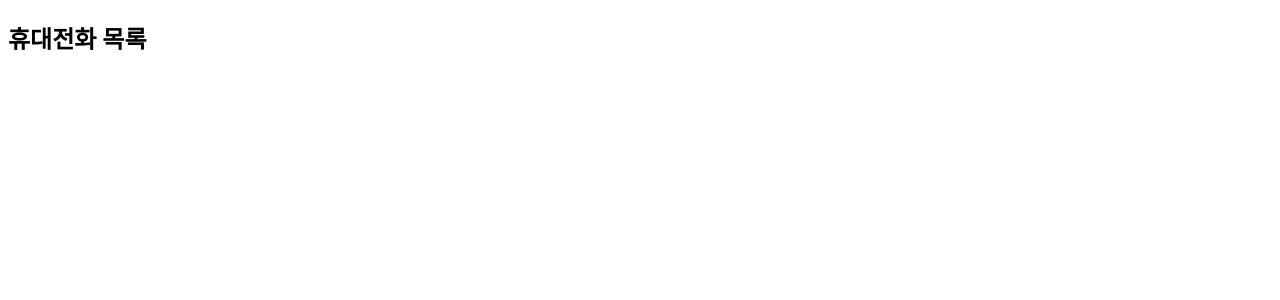
Repository: qkqwof/TIL_code
Page: http://localhost/sp15_Restful_PhoneTest/restPhone.jsp
The author's editor kept a copy of each file at every save. The page is drawn from the files as they stood at one save, then again after the next save.
The browser window is 1280 px wide. The pictures show the whole page.
Some web libraries are served in a nearby version. The page is served by Tomcat 9. Nobody is signed in. The application's start-up code is not run.

Above is the page before, as saved 2021-07-06 06:07:06.

After the next save:
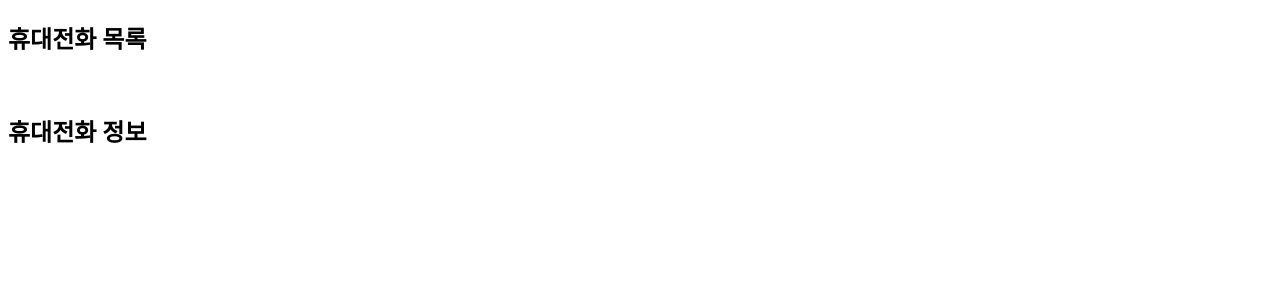
Saved 46 s later.
--- a/SpringMVCProject/sp15_Restful_PhoneTest/src/main/webapp/restPhone.jsp
+++ b/SpringMVCProject/sp15_Restful_PhoneTest/src/main/webapp/restPhone.jsp
@@ -33,6 +33,7 @@
 	<h2>휴대전화 목록</h2>
 	<div id="phone-list"></div>
 	<br>
+	<h2>휴대전화 정보</h2>
 	<div id="phone-info"></div>
 </body>
 </html>
